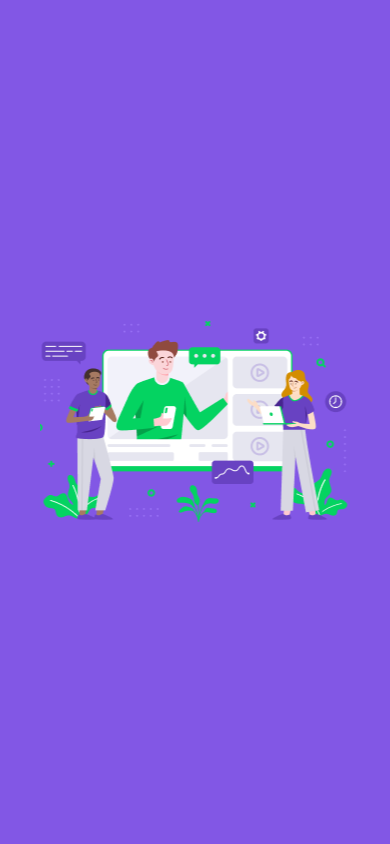
Repository: marciocamello/nlw-proffy-mobile
Screen: /
The author's editor kept a copy of each file at every save. The screen is drawn from the files as they stood at one save, then again after the next save.
The app was drawn by React Native's web renderer in a window 390 px wide. The project was rebuilt for these pictures with package versions that can differ from the ones it lists, and the page was loaded fresh each time.

Above is the screen before, as saved 2020-08-06 09:00:37.

### App.tsx
import { StatusBar } from 'expo-status-bar';
import React from 'react';

import Landing from './src/pages/Landing';

export default function App() {
  return (
    <React.Fragment>
      <Landing />
      <StatusBar style="auto" />
    </React.Fragment>
  );
}

### src/pages/Landing/index.tsx
import React from 'react';
import { Image, View } from 'react-native';

import styles from './styles';

import landingImg from '../../assets/images/landing.png';

function Landing(){
  return (
    <View style={styles.container}>
      <Image source={landingImg} style={styles.banner}/>
    </View>
  );
}

export default Landing;

### src/pages/Landing/styles.ts
import { StyleSheet } from 'react-native';

const styles = StyleSheet.create({
  container: {
    flex: 1,
    backgroundColor: '#8257E5',
    justifyContent: 'center',
    padding: 40
  },

  banner: {
    width: '100%'
  }
});

export default styles;

After the next save:
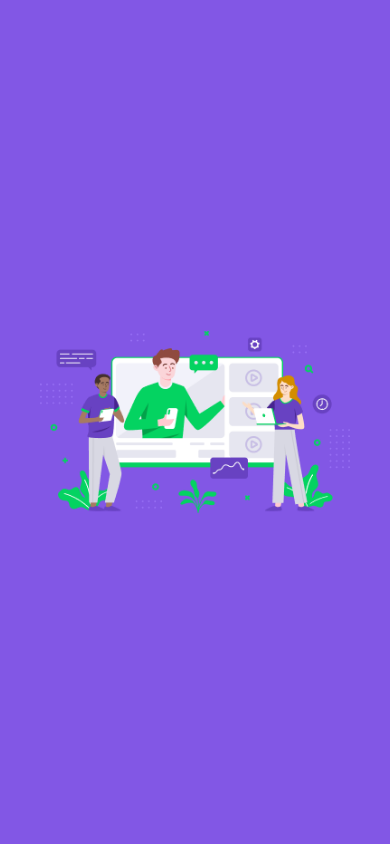
Saved 8 s later.
--- a/src/pages/Landing/styles.ts
+++ b/src/pages/Landing/styles.ts
@@ -9,7 +9,8 @@ const styles = StyleSheet.create({
   },
 
   banner: {
-    width: '100%'
+    width: '100%',
+    resizeMode: 'contain'
   }
 });
 
